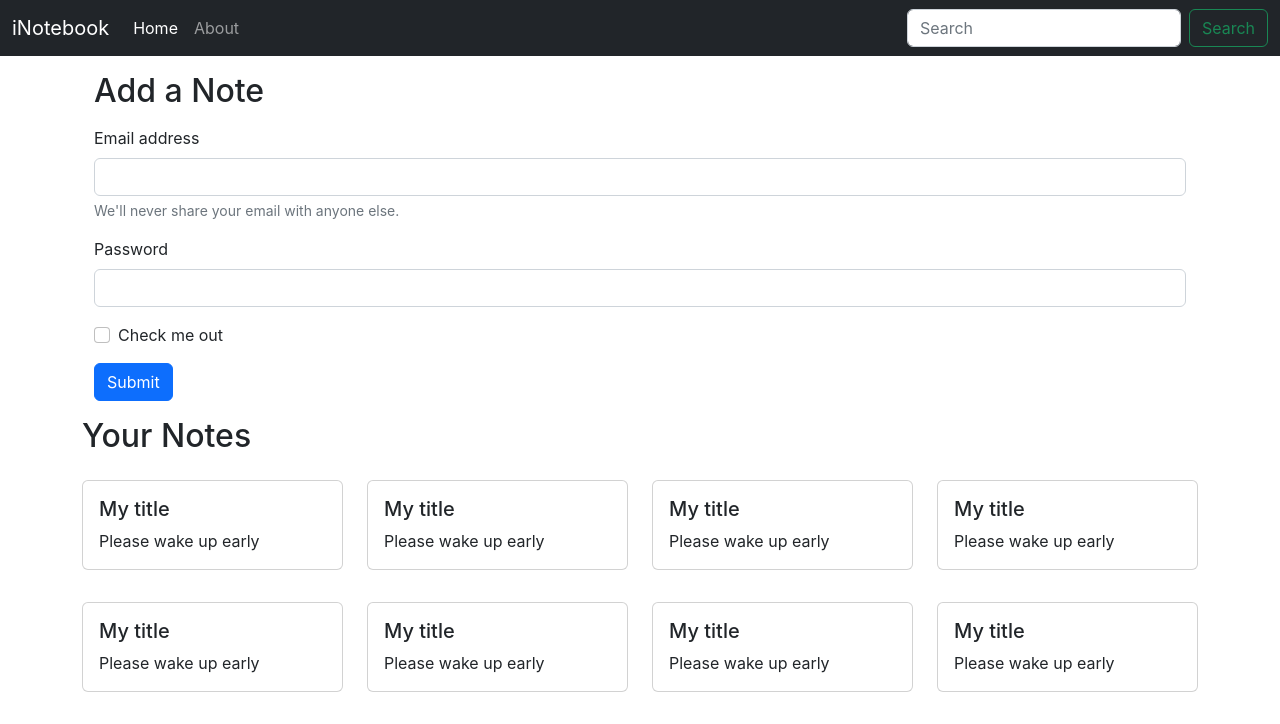
Repository: SatishPatil108/iNotebook-React
Page: /
An editor plug-in stored every save of this project. The page is shown before and after the next save, followed by the edit.
The browser window is 1280 px wide. The pictures show the whole page.
Some web libraries are served in a nearby version. The project was rebuilt for these pictures with package versions that can differ from the ones it lists, and the page was loaded fresh each time. Also part of the build but not shown: src/App.css, src/components/About.js.

Above is the page before, as saved 2022-07-24 18:25:11.

After the next save:
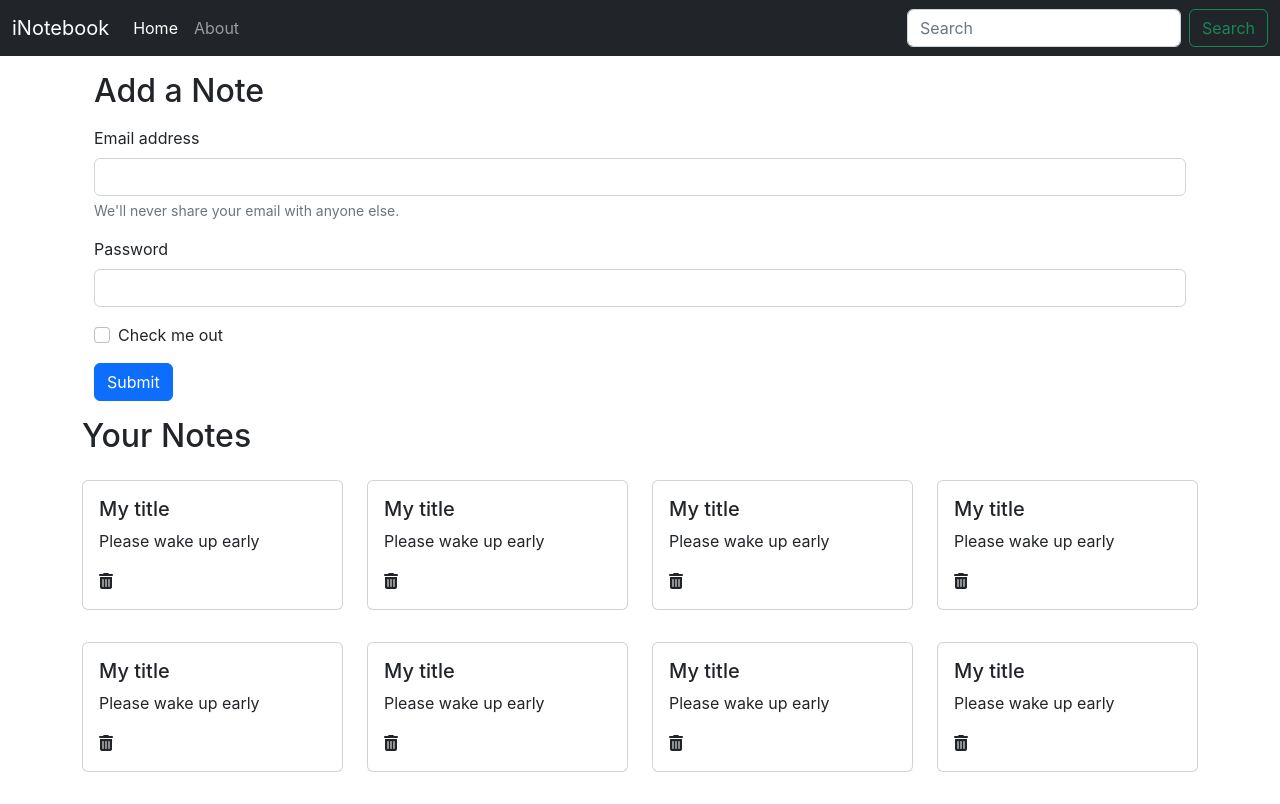
Saved 2 min 29 s later.
--- a/src/components/Noteitem.js
+++ b/src/components/Noteitem.js
@@ -8,6 +8,7 @@
                 <div class="card-body">
                     <h5 class="card-title">{note.title}</h5>
                     <p class="card-text">{note.description}</p>
+                    <i class="fa-solid fa-trash-can"></i>
                 </div>
             </div>
         </div>
